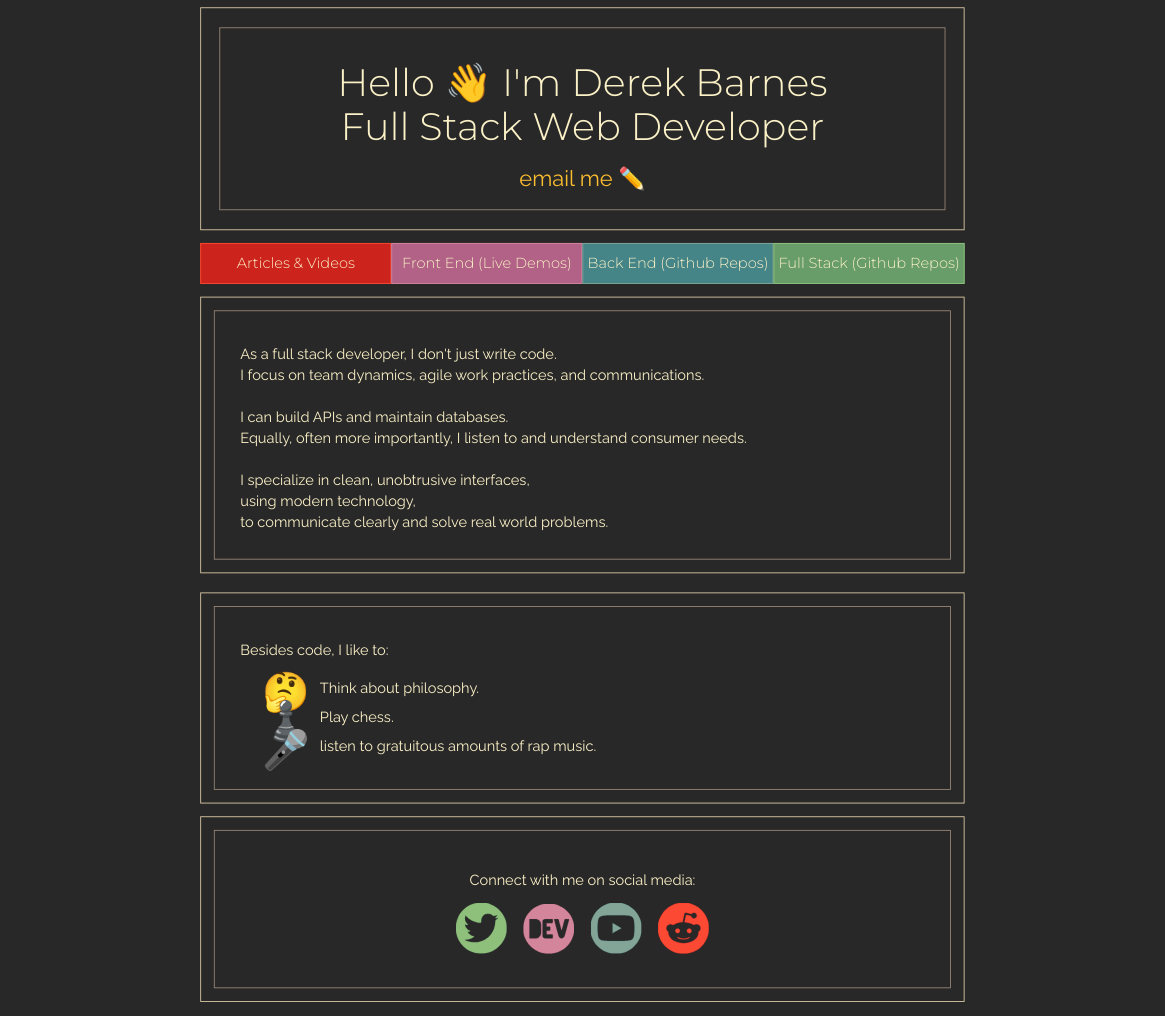
Repository: dsbarnes/groovy-blog
Page: index.html
These files come from the project's save history. The page is drawn as it stood at one moment and after a run of saves; the edit follows.
The browser window is 1280 px wide. The pictures show the whole page, at 91% of full size.
The style sheet was rebuilt from its Sass, Less or Tailwind sources for each picture, by a compiler version that may differ from the author's.

Above is the page before, as saved 2020-05-09 21:29:01.

After the next 2 saves:
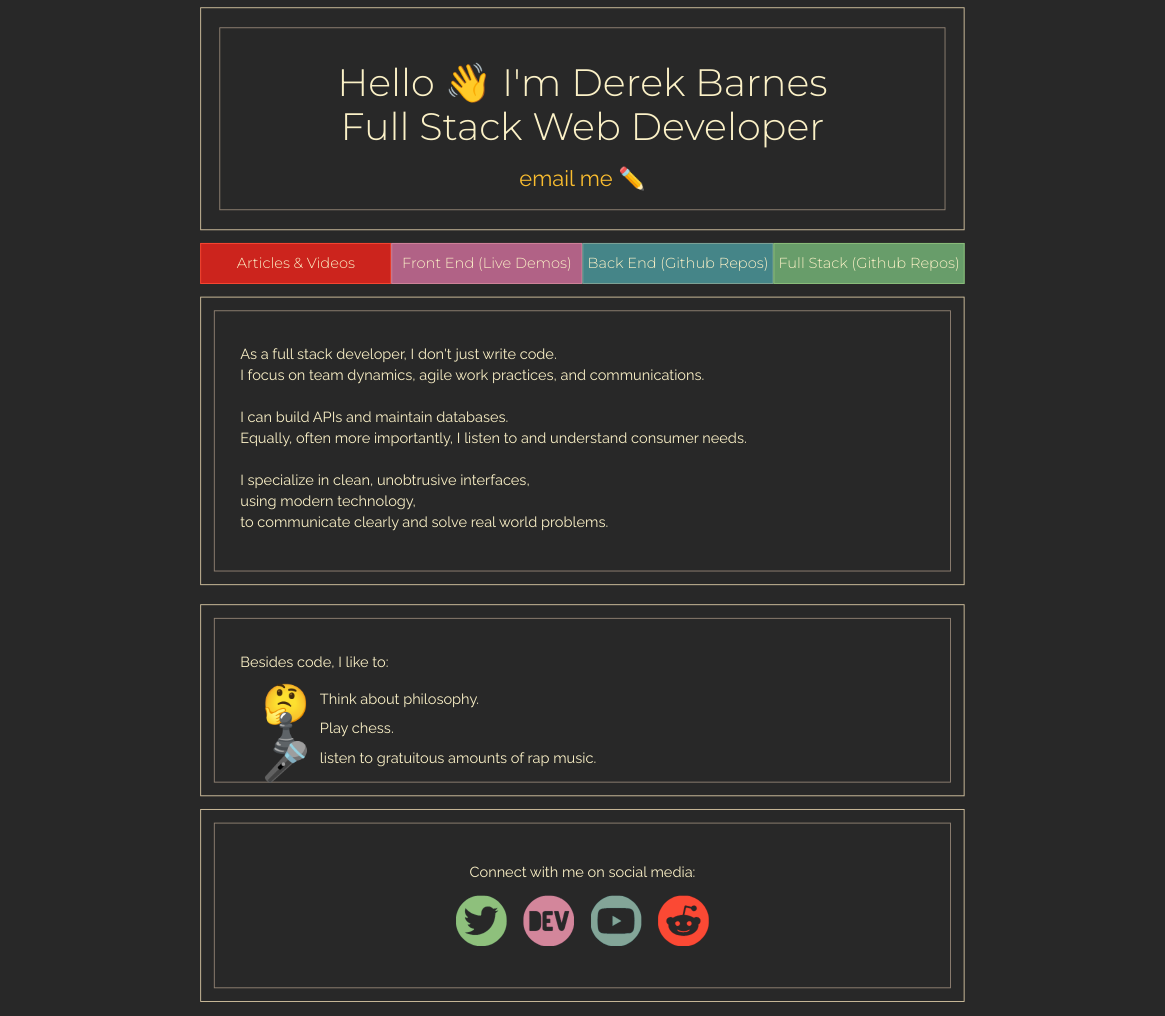
The 2 saves are shown as one change because they came seconds apart.
The last was saved 32 s later.
--- a/style.scss
+++ b/style.scss
@@ -157,9 +157,8 @@
       bottom: $margin-pad-sizing;
       padding-left: $margin-pad-sizing/2;
   }
-  // overflow:hidden;
+  overflow:hidden;
   transition:all 0.4s ease;
-  // transition-property: flex, border, margin, padding, color;
 }
 .hobbies.collapsed {
   border: 0px solid $background-color;

After the save that followed:
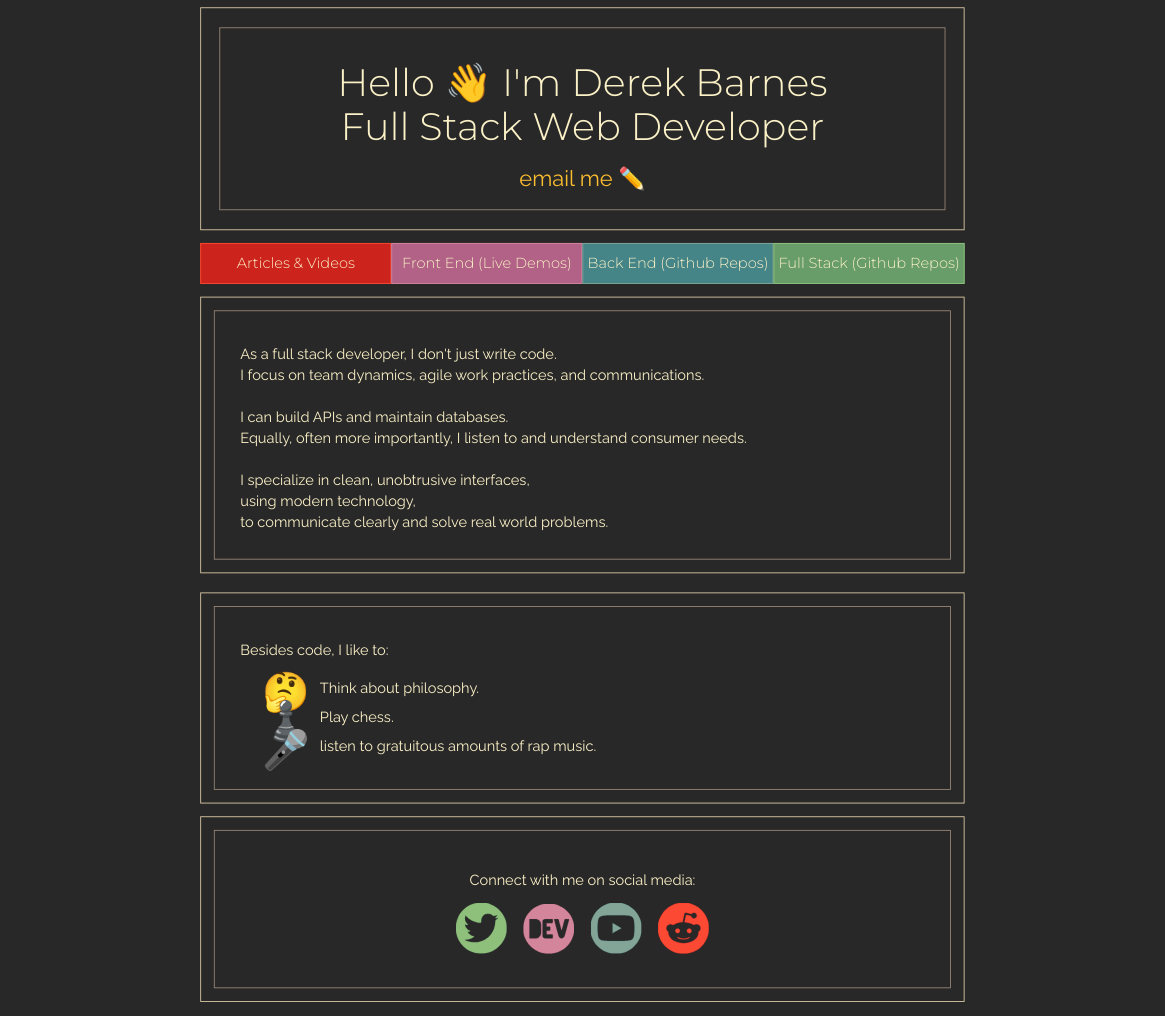
Saved 10 s later.
--- a/style.scss
+++ b/style.scss
@@ -157,7 +157,7 @@
       bottom: $margin-pad-sizing;
       padding-left: $margin-pad-sizing/2;
   }
-  overflow:hidden;
+  // overflow:hidden;
   transition:all 0.4s ease;
 }
 .hobbies.collapsed {
